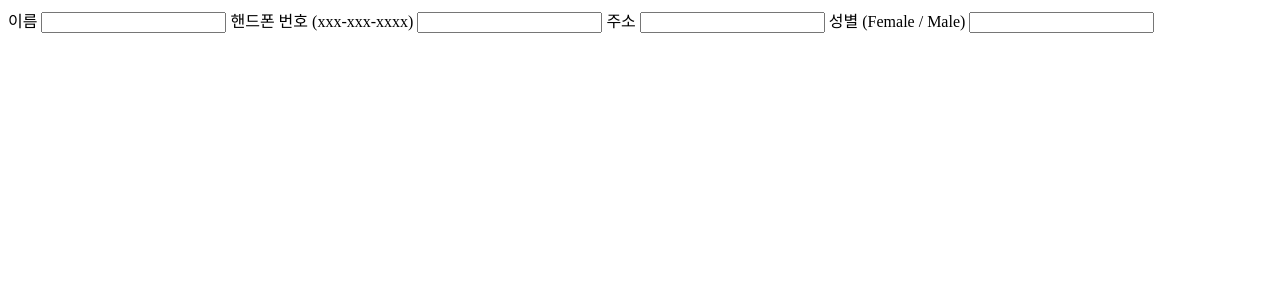
Repository: hm-park-dev/db-hw-project
Page: http://localhost/dbhw/Main/customerInput.jsp
These files come from the project's save history. The page is drawn as it stood at one moment and after the next save; the edit follows.
The browser window is 1280 px wide. The pictures show the whole page.
The page is served by Tomcat 9.

Above is the page before, as saved 2020-12-24 08:44:02.

After the next save:
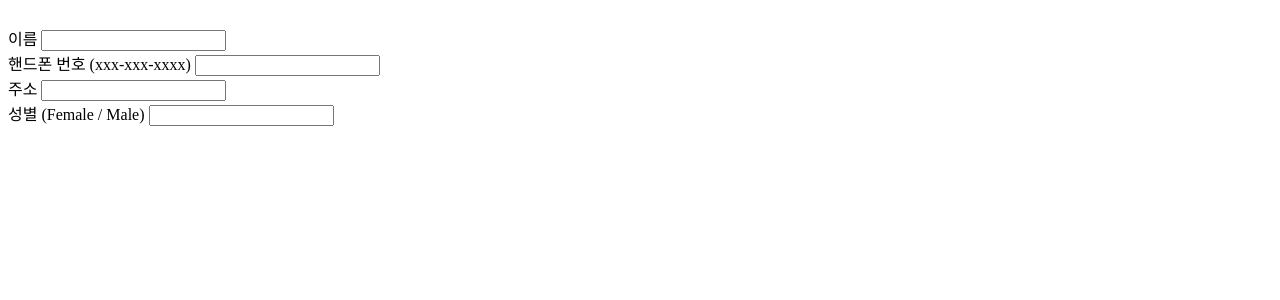
Saved 58 s later.
--- a/dbhw/WebContent/Main/customerInput.jsp
+++ b/dbhw/WebContent/Main/customerInput.jsp
@@ -8,12 +8,16 @@
 </head>
 <body>
 	<form name="customerInsertForm" id="customerInsertForm" action="customerInsert.jsp">
+		<br>
 		이름
 		<input type="text" name="customerName">
+		<br>
 		핸드폰 번호 (xxx-xxx-xxxx)
 		<input type="text" name="customerPhone">
+		<br>
 		주소
 		<input type="text" name="customerAddress">
+		<br>
 		성별 (Female / Male)
 		<input type="text" name="customerGender">
 	</form>

After the save that followed:
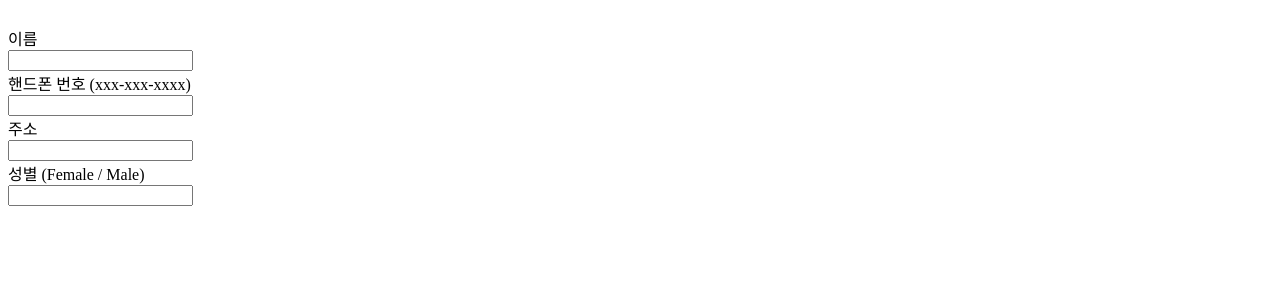
Saved 23 s later.
--- a/dbhw/WebContent/Main/customerInput.jsp
+++ b/dbhw/WebContent/Main/customerInput.jsp
@@ -10,15 +10,19 @@
 	<form name="customerInsertForm" id="customerInsertForm" action="customerInsert.jsp">
 		<br>
 		이름
+		<br>
 		<input type="text" name="customerName">
 		<br>
 		핸드폰 번호 (xxx-xxx-xxxx)
+		<br>
 		<input type="text" name="customerPhone">
 		<br>
 		주소
+		<br>
 		<input type="text" name="customerAddress">
 		<br>
 		성별 (Female / Male)
+		<br>
 		<input type="text" name="customerGender">
 	</form>
 </body>
